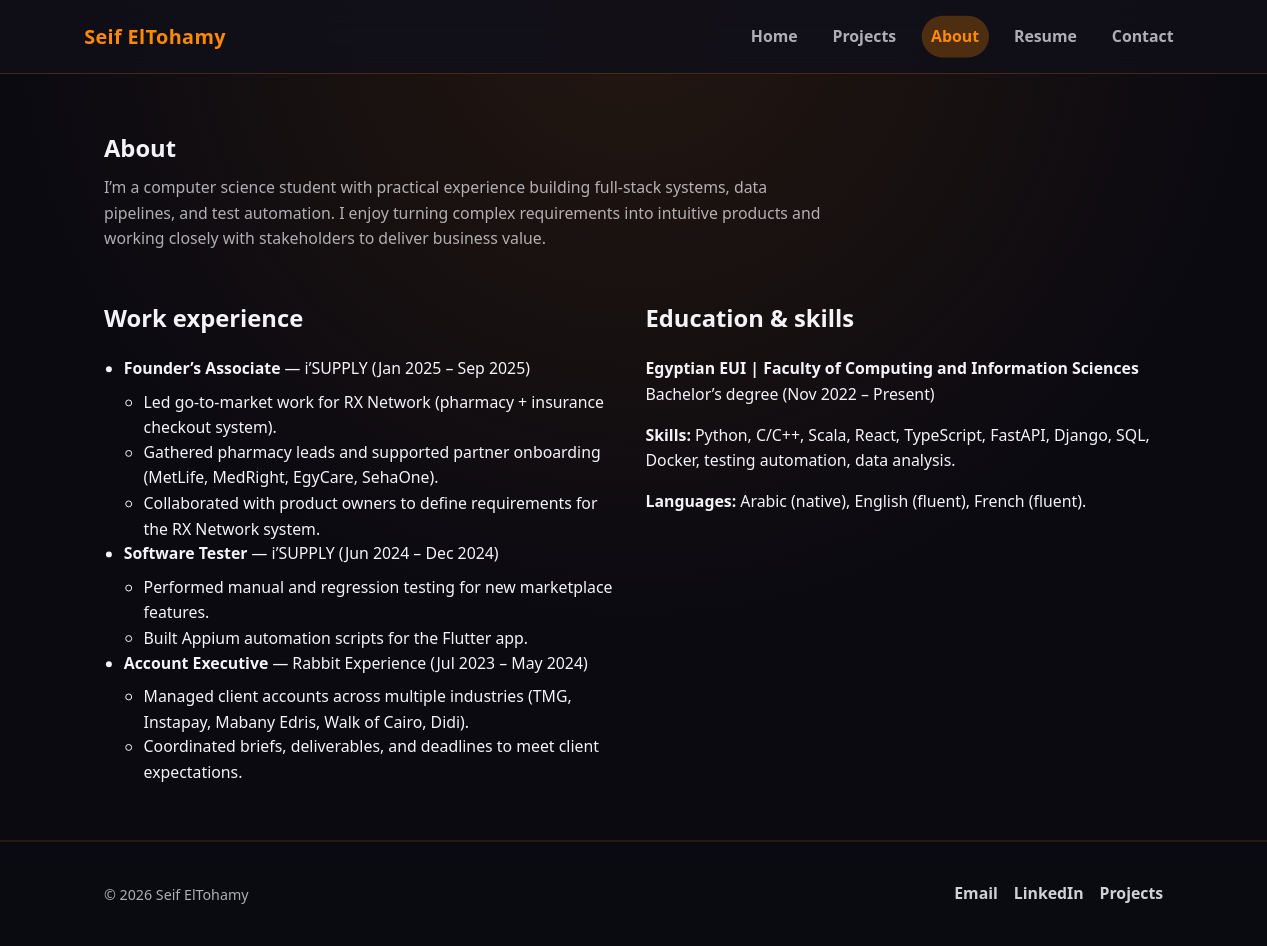
Repository: seifeldinamr99/seif-portfolio
Page: /about (app in portfolio/)
An editor plug-in stored every save of this project. The page is shown before and after the next save, followed by the edit.
The browser window is 1280 px wide. The pictures show the whole page, at 99% of full size.
The project was rebuilt for these pictures with package versions that can differ from the ones it lists, and the page was loaded fresh each time. Also part of the build but not shown: portfolio/vite.config.ts, portfolio/src/data/projects.ts, portfolio/src/components/ProjectCard.tsx, portfolio/src/pages/HomePage.tsx, portfolio/src/pages/ProjectsPage.tsx, portfolio/src/pages/ResumePage.tsx, portfolio/src/pages/ContactPage.tsx.

Above is the page before, as saved 2026-03-08 15:21:22.

### portfolio/index.html
<!doctype html>
<html lang="en">
  <head>
    <meta charset="UTF-8" />
    <link rel="icon" type="image/svg+xml" href="/vite.svg" />
    <meta name="viewport" content="width=device-width, initial-scale=1.0" />
    <title>portfolio</title>
  </head>
  <body>
    <div id="root"></div>
    <script type="module" src="/src/main.tsx"></script>
  </body>
</html>

### portfolio/src/index.css
@import url('https://fonts.googleapis.com/css2?family=Montserrat:wght@400;500;600;700&display=swap');

:root {
  font-family: "Montserrat", system-ui, -apple-system, BlinkMacSystemFont, "Segoe UI", sans-serif;
  font-size: 16px;
  text-rendering: optimizeLegibility;
  -webkit-font-smoothing: antialiased;
  -moz-osx-font-smoothing: grayscale;
}

* {
  box-sizing: border-box;
}

body {
  margin: 0;
  min-width: 320px;
}

a {
  color: inherit;
  text-decoration: none;
}

img {
  max-width: 100%;
  display: block;
}

button,
input,
textarea {
  font-family: inherit;
}

### portfolio/src/App.tsx
import { BrowserRouter, Routes, Route } from "react-router-dom";
import { Header } from "./components/Header";
import { Footer } from "./components/Footer";
import { HomePage } from "./pages/HomePage";
import { ProjectsPage } from "./pages/ProjectsPage";
import { AboutPage } from "./pages/AboutPage";
import { ResumePage } from "./pages/ResumePage";
import { ContactPage } from "./pages/ContactPage";
import "./App.css";

export default function App() {
  return (
    <BrowserRouter>
      <div className="app">
        <Header />
        <Routes>
          <Route path="/" element={<HomePage />} />
          <Route path="/projects" element={<ProjectsPage />} />
          <Route path="/about" element={<AboutPage />} />
          <Route path="/resume" element={<ResumePage />} />
          <Route path="/contact" element={<ContactPage />} />
        </Routes>
        <Footer />
      </div>
    </BrowserRouter>
  );
}

### portfolio/src/components/Header.tsx
import { useEffect, useState } from "react";
import { NavLink, useLocation } from "react-router-dom";

export function Header() {
  const [open, setOpen] = useState(false);
  const location = useLocation();

  useEffect(() => {
    setOpen(false);
  }, [location.pathname]);

  const linkClass = ({ isActive }: { isActive: boolean }) =>
    isActive ? "nav-link active" : "nav-link";

  return (
    <header className="site-header">
      <div className="container header-inner">
        <NavLink to="/" className="brand">
          Seif ElTohamy
        </NavLink>

        <button
          className="mobile-menu-button"
          aria-label={open ? "Close menu" : "Open menu"}
          aria-expanded={open}
          onClick={() => setOpen((value) => !value)}
        >
          <span className="hamburger" />
        </button>

        <nav className={`nav ${open ? "nav--open" : ""}`}>
          <NavLink to="/" className={linkClass} end>
            Home
          </NavLink>
          <NavLink to="/projects" className={linkClass}>
            Projects
          </NavLink>
          <NavLink to="/about" className={linkClass}>
            About
          </NavLink>
          <NavLink to="/resume" className={linkClass}>
            Resume
          </NavLink>
          <NavLink to="/contact" className={linkClass}>
            Contact
          </NavLink>
        </nav>
      </div>
    </header>
  );
}

### portfolio/src/components/Footer.tsx
export function Footer() {
  return (
    <footer className="site-footer">
      <div className="container footer-inner">
        <div>
          <p className="footer-text">© {new Date().getFullYear()} Seif ElTohamy</p>
        </div>
        <div className="footer-links">
          <a href="mailto:seifeldinamreltohamy@gmail.com">Email</a>
          <a href="https://www.linkedin.com/in/seifeltohamy" target="_blank" rel="noreferrer">
            LinkedIn
          </a>
          <a href="#projects">Projects</a>
        </div>
      </div>
    </footer>
  );
}

### portfolio/src/pages/AboutPage.tsx
export function AboutPage() {
  return (
    <main className="page about-page">
      <section className="section">
        <div className="container">
          <header className="section-header">
            <h1>About</h1>
            <p>
              I’m a computer science student with practical experience building full-stack systems, data pipelines, and test automation.
              I enjoy turning complex requirements into intuitive products and working closely with stakeholders to deliver business value.
            </p>
          </header>

          <div className="grid grid--2">
            <div>
              <h2>Work experience</h2>
              <ul className="list">
                <li>
                  <strong>Founder’s Associate</strong> — i’SUPPLY (Jan 2025 – Sep 2025)
                  <ul className="list--nested">
                    <li>Led go-to-market work for RX Network (pharmacy + insurance checkout system).</li>
                    <li>Gathered pharmacy leads and supported partner onboarding (MetLife, MedRight, EgyCare, SehaOne).</li>
                    <li>Collaborated with product owners to define requirements for the RX Network system.</li>
                  </ul>
                </li>
                <li>
                  <strong>Software Tester</strong> — i’SUPPLY (Jun 2024 – Dec 2024)
                  <ul className="list--nested">
                    <li>Performed manual and regression testing for new marketplace features.</li>
                    <li>Built Appium automation scripts for the Flutter app.</li>
                  </ul>
                </li>
                <li>
                  <strong>Account Executive</strong> — Rabbit Experience (Jul 2023 – May 2024)
                  <ul className="list--nested">
                    <li>Managed client accounts across multiple industries (TMG, Instapay, Mabany Edris, Walk of Cairo, Didi).</li>
                    <li>Coordinated briefs, deliverables, and deadlines to meet client expectations.</li>
                  </ul>
                </li>
              </ul>
            </div>

            <div>
              <h2>Education & skills</h2>
              <p>
                <strong>Egyptian EUI | Faculty of Computing and Information Sciences</strong><br />
                Bachelor’s degree (Nov 2022 – Present)
              </p>
              <p>
                <strong>Skills:</strong> Python, C/C++, Scala, React, TypeScript, FastAPI, Django, SQL, Docker, testing automation, data analysis.
              </p>
              <p>
                <strong>Languages:</strong> Arabic (native), English (fluent), French (fluent).
              </p>
            </div>
          </div>
        </div>
      </section>
    </main>
  );
}

### portfolio/src/App.css
:root {
  --bg: #0b0a11;
  --bg-alt: #11101a;
  --text: #f4f4f8;
  --muted: rgba(244, 244, 248, 0.7);
  --primary: #ff8a00;
  --primary-2: #ffb347;
  --border: rgba(255, 138, 0, 0.18);
  --shadow: 0 18px 45px rgba(0, 0, 0, 0.65);
  --radius: 14px;
  --max-width: 1110px;
  --font: system-ui, -apple-system, BlinkMacSystemFont, "Segoe UI", sans-serif;
}

* {
  box-sizing: border-box;
}

body {
  margin: 0;
  font-family: var(--font);
  color: var(--text);
  background: radial-gradient(circle at top, rgba(255, 138, 0, 0.1), transparent 55%),
    var(--bg);
  line-height: 1.6;
}

a {
  color: var(--primary);
  text-decoration: none;
}

a:hover {
  text-decoration: underline;
}

.container {
  width: min(100%, var(--max-width));
  margin: 0 auto;
  padding: 0 1.25rem;
}

.app {
  display: flex;
  flex-direction: column;
  min-height: 100vh;
}

.site-header {
  background: rgba(17, 15, 25, 0.88);
  border-bottom: 1px solid rgba(255, 138, 0, 0.3);
  position: sticky;
  top: 0;
  z-index: 20;
  backdrop-filter: blur(16px);
}

.header-inner {
  display: flex;
  align-items: center;
  justify-content: space-between;
  padding: 1rem 0;
}

.brand {
  font-weight: 700;
  font-size: 1.25rem;
  letter-spacing: 0.02em;
}

.nav {
  display: flex;
  gap: 1rem;
  flex-wrap: wrap;
  align-items: center;
}

.mobile-menu-button {
  display: none;
  border: none;
  background: transparent;
  padding: 0.5rem;
  cursor: pointer;
}

.hamburger {
  width: 1.5rem;
  height: 0.15rem;
  background: var(--text);
  border-radius: 999px;
  position: relative;
  transition: transform 0.2s ease-in-out;
}

.hamburger::before,
.hamburger::after {
  content: "";
  position: absolute;
  left: 0;
  width: 100%;
  height: 100%;
  background: var(--text);
  border-radius: 999px;
  transition: transform 0.2s ease-in-out;
}

.hamburger::before {
  top: -0.5rem;
}

.hamburger::after {
  top: 0.5rem;
}

.nav--open .hamburger {
  transform: rotate(45deg);
}

.nav--open .hamburger::before {
  transform: translateY(0.5rem) rotate(90deg);
}

.nav--open .hamburger::after {
  transform: translateY(-0.5rem) rotate(90deg);
}

.nav-link {
  padding: 0.5rem 0.6rem;
  border-radius: 999px;
  color: var(--muted);
  font-weight: 600;
  transition: background 160ms ease, color 160ms ease;
}

.nav-link:hover {
  background: rgba(255, 138, 0, 0.18);
  color: var(--text);
}

.nav-link.active {
  background: rgba(255, 138, 0, 0.25);
  color: var(--primary);
}

.hero {
  padding: 4rem 0 3rem;
}

.hero-inner {
  display: grid;
  align-items: center;
  gap: 2.5rem;
  grid-template-columns: 1fr;
}

.hero-content h1 {
  font-size: clamp(2.25rem, 4vw, 3.25rem);
  margin: 0;
}

.hero-subtitle {
  color: var(--muted);
  margin: 1rem 0 1.5rem;
  max-width: 48rem;
}

.hero-actions {
  display: flex;
  gap: 0.75rem;
  flex-wrap: wrap;
}

.hero-graphic {
  width: 100%;
  height: 300px;
  border-radius: var(--radius);
  background: linear-gradient(135deg, rgba(0, 87, 255, 0.12), rgba(0, 0, 0, 0.04));
  border: 1px solid var(--border);
  box-shadow: var(--shadow);
}

.hero-photo {
  width: 100%;
  height: 100%;
  object-fit: cover;
  border-radius: var(--radius);
  border: 1px solid var(--border);
  box-shadow: var(--shadow);
}

@media (min-width: 900px) {
  .hero-inner {
    grid-template-columns: 1.1fr 0.9fr;
  }
}

.section {
  padding: 3.5rem 0;
}

.section.bg--alt {
  background: var(--bg-alt);
}

.section-header h2,
.section-header h1 {
  margin: 0 0 0.5rem;
}

.section-header p {
  color: var(--muted);
  max-width: 46rem;
  margin: 0 0 1.75rem;
}

.grid {
  display: grid;
  gap: 1.5rem;
}

.grid--2 {
  grid-template-columns: 1fr;
}

.grid--3 {
  grid-template-columns: 1fr;
}

.grid--4 {
  grid-template-columns: repeat(auto-fit, minmax(160px, 1fr));
}

@media (min-width: 720px) {
  .grid--2 {
    grid-template-columns: repeat(2, 1fr);
  }
  .grid--3 {
    grid-template-columns: repeat(3, 1fr);
  }
}

.card {
  background: rgba(255, 255, 255, 0.05);
  border: 1px solid rgba(255, 138, 0, 0.15);
  border-radius: var(--radius);
  padding: 1.5rem;
  box-shadow: var(--shadow);
  transition: transform 180ms ease, box-shadow 180ms ease;
}

.card:hover {
  transform: translateY(-4px);
  box-shadow: 0 18px 45px rgba(15, 23, 42, 0.12);
}

.project-card h3 {
  margin: 0 0 0.25rem;
}

.card-subtitle {
  margin: 0.25rem 0 1rem;
  color: var(--muted);
}

.card-description {
  margin: 0 0 1rem;
  color: var(--text);
}

.card-meta {
  display: flex;
  flex-wrap: wrap;
  justify-content: space-between;
  align-items: flex-start;
  gap: 1rem;
}

.card-tech {
  display: flex;
  flex-wrap: wrap;
  gap: 0.4rem;
}

.tag {
  padding: 0.25rem 0.55rem;
  border-radius: 999px;
  background: rgba(0, 87, 255, 0.12);
  color: var(--primary);
  font-size: 0.8rem;
  font-weight: 600;
}

.card-links {
  display: flex;
  gap: 0.5rem;
  flex-wrap: wrap;
}

.button {
  display: inline-flex;
  align-items: center;
  justify-content: center;
  gap: 0.5rem;
  padding: 0.65rem 1rem;
  border-radius: 999px;
  border: 1px solid transparent;
  background: linear-gradient(120deg, var(--primary), var(--primary-2));
  color: #111;
  font-weight: 700;
  cursor: pointer;
  transition: transform 120ms ease, box-shadow 120ms ease;
  text-decoration: none;
  box-shadow: 0 12px 25px rgba(255, 138, 0, 0.25);
}

.button:hover {
  transform: translateY(-1px);
  box-shadow: 0 18px 35px rgba(255, 138, 0, 0.35);
}

.button:hover {
  transform: translateY(-1px);
  background: var(--primary-2);
}

.button--outline {
  background: transparent;
  border-color: rgba(255, 138, 0, 0.35);
  color: var(--primary);
}

.button--outline:hover {
  background: rgba(255, 138, 0, 0.12);
}

.button--secondary {
  background: rgba(0, 87, 255, 0.08);
  color: var(--text);
}

.site-footer {
  border-top: 1px solid rgba(255, 138, 0, 0.25);
  padding: 2.5rem 0;
  background: rgba(11, 10, 17, 0.9);
}

.footer-inner {
  display: flex;
  justify-content: space-between;
  gap: 1.5rem;
  align-items: center;
  flex-wrap: wrap;
}

.footer-text {
  margin: 0;
  color: rgba(244, 244, 248, 0.7);
  font-size: 0.9rem;
}

.footer-links {
  display: flex;
  gap: 1rem;
  flex-wrap: wrap;
}

.footer-links a {
  color: rgba(244, 244, 248, 0.85);
  font-weight: 600;
}

.contact-card {
  background: #fff;
  border: 1px solid var(--border);
  border-radius: var(--radius);
  padding: 1.5rem;
  box-shadow: var(--shadow);
}

.contact-list,
.list,
.list--nested {
  padding-left: 1.25rem;
  margin: 0.75rem 0 0;
}

.list--nested {
  margin-top: 0.5rem;
}

.contact-form {
  display: grid;
  gap: 1rem;
}

.contact-form label {
  display: grid;
  gap: 0.4rem;
  font-weight: 600;
}

.contact-form input,
.contact-form textarea {
  padding: 0.75rem 0.9rem;
  border: 1px solid var(--border);
  border-radius: 0.75rem;
  font: inherit;
}

.contact-form textarea {
  min-height: 120px;
  resize: vertical;
}

@media (max-width: 720px) {
  .header-inner,
  .footer-inner {
    flex-direction: column;
    align-items: flex-start;
  }

  .hero-inner {
    grid-template-columns: 1fr;
  }

  .mobile-menu-button {
    display: inline-flex;
  }

  .nav {
    position: fixed;
    inset: 0;
    padding: 4.5rem 1.5rem 1.5rem;
    background: rgba(11, 10, 17, 0.95);
    backdrop-filter: blur(16px);
    flex-direction: column;
    gap: 1rem;
    transform: translateX(-110%);
    transition: transform 180ms ease;
    z-index: 30;
  }

  .nav--open {
    transform: translateX(0);
  }

  .nav-link {
    padding: 0.85rem 1rem;
    width: 100%;
  }
}

Loaded but not shown: portfolio/src/main.tsx (common file)

After the next save:
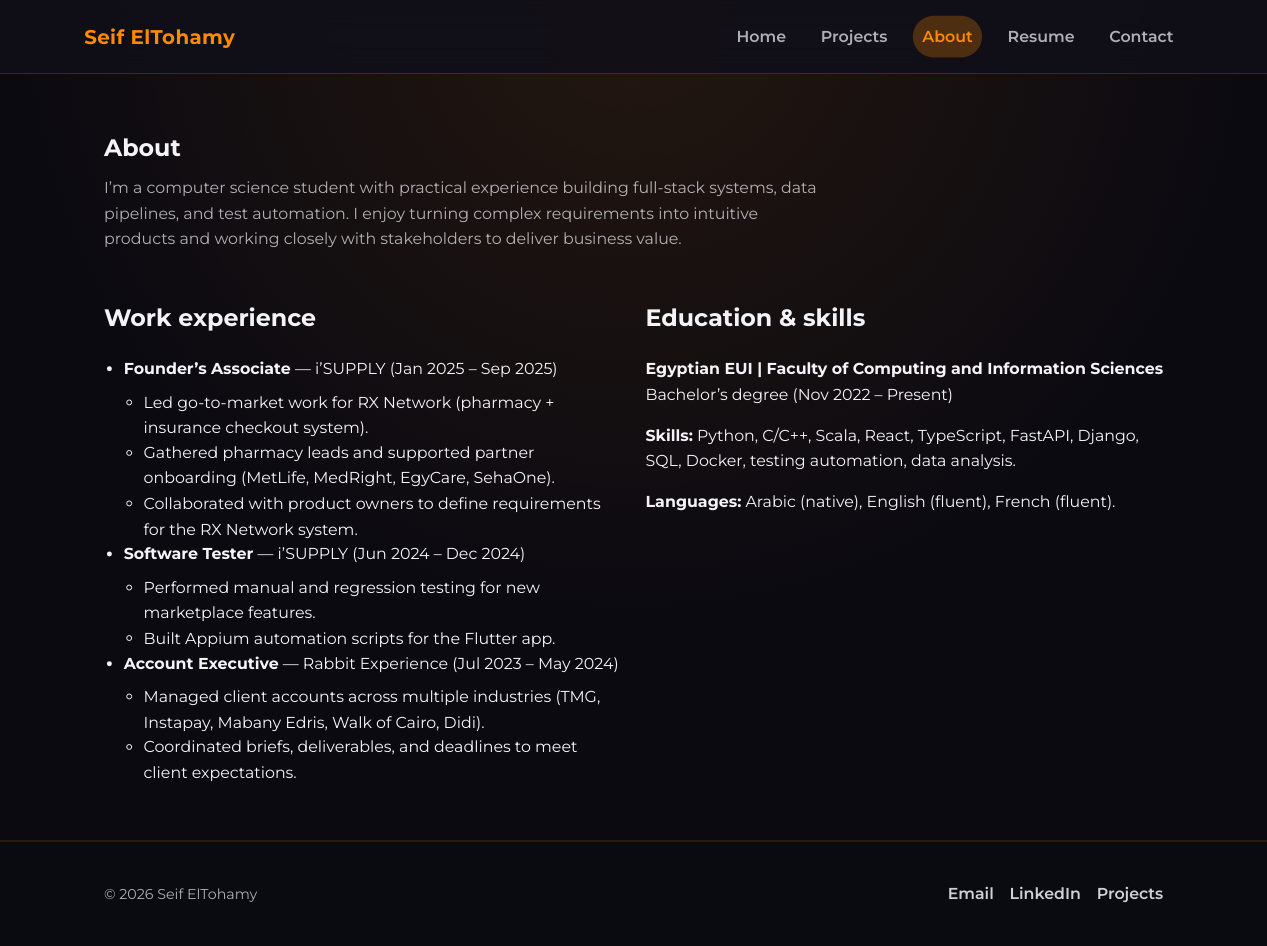
Saved 8 s later.
--- a/portfolio/src/App.css
+++ b/portfolio/src/App.css
@@ -9,7 +9,7 @@
   --shadow: 0 18px 45px rgba(0, 0, 0, 0.65);
   --radius: 14px;
   --max-width: 1110px;
-  --font: system-ui, -apple-system, BlinkMacSystemFont, "Segoe UI", sans-serif;
+  --font: "Montserrat", system-ui, -apple-system, BlinkMacSystemFont, "Segoe UI", sans-serif;
 }
 
 * {
